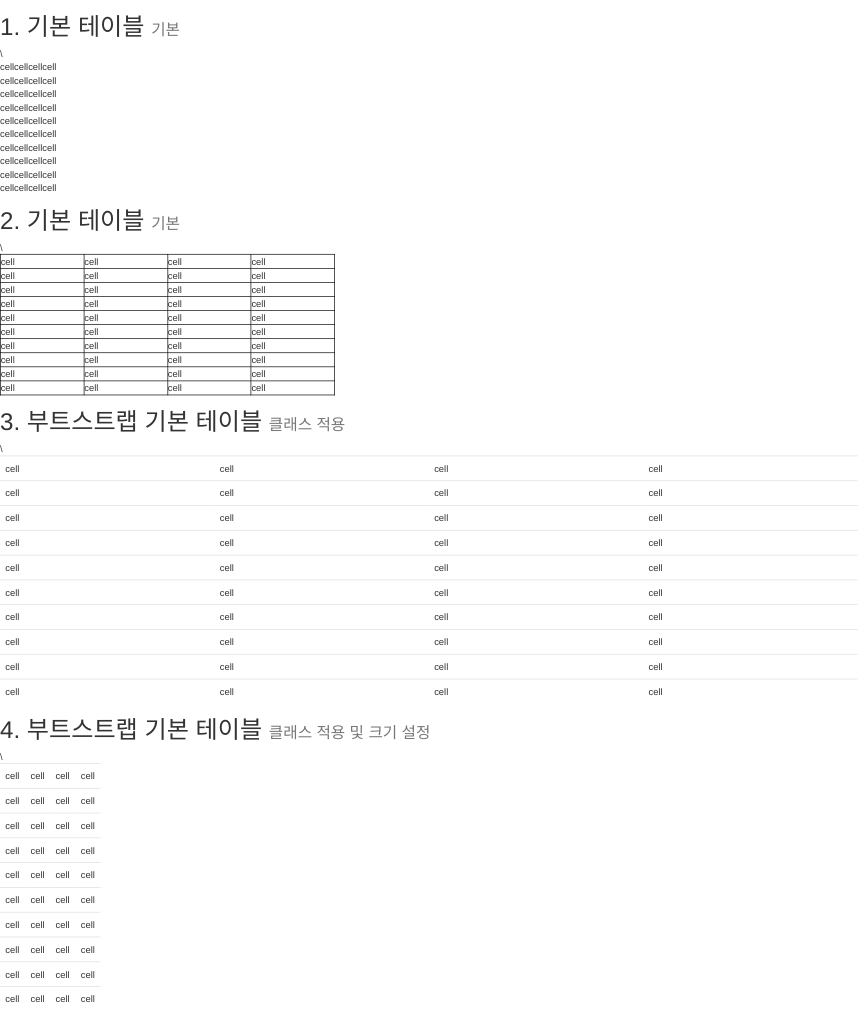
Repository: park-nahyun/BootstrapStudy
Page: BootstrapWork/WebContent/BootEx02.html
An editor plug-in stored every save of this project. The page is shown before and after the next save, followed by the edit.
The browser window is 1280 px wide. The pictures show the whole page, at 67% of full size.

Above is the page before, as saved 2021-07-01 03:35:49.

After the next save:
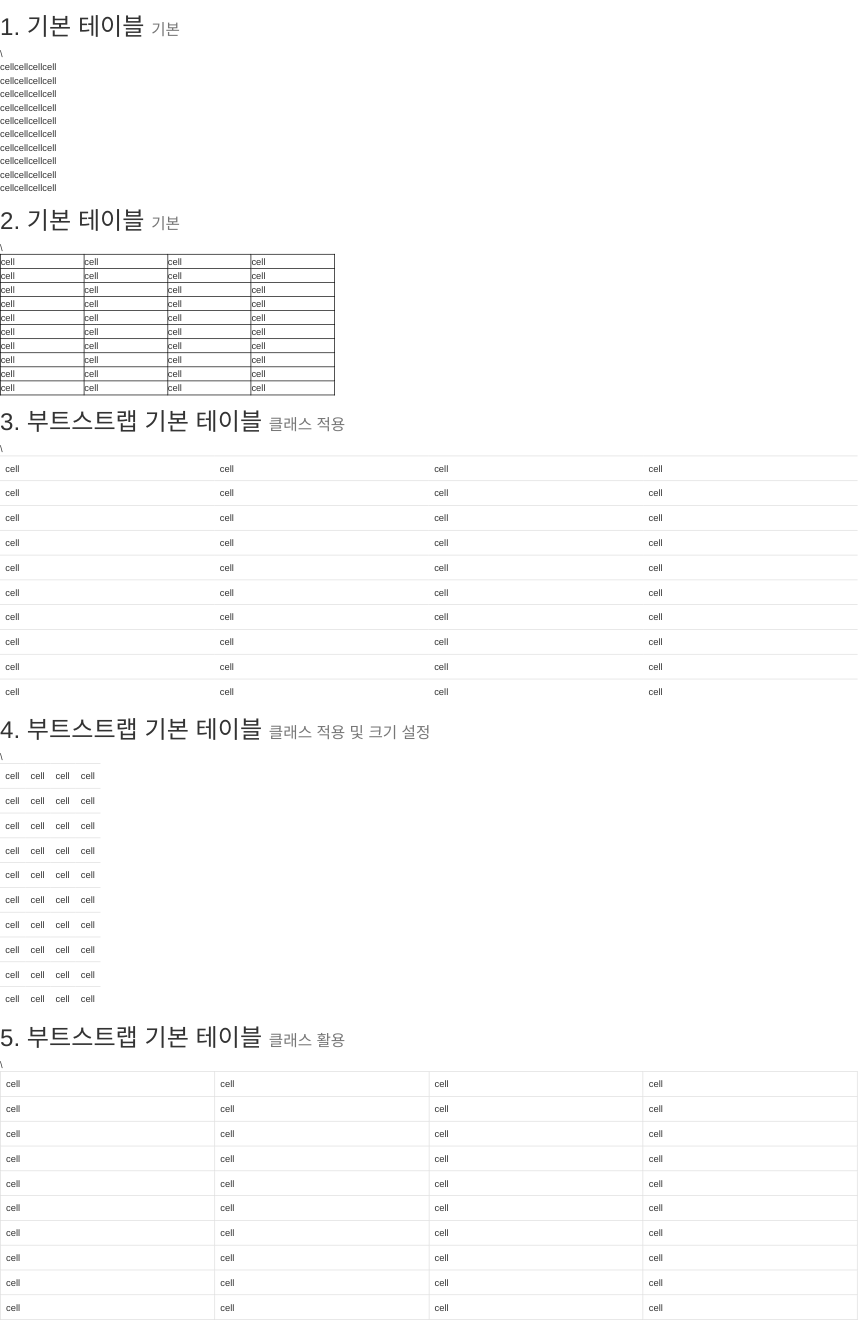
Saved 80 s later.
--- a/BootstrapWork/WebContent/BootEx02.html
+++ b/BootstrapWork/WebContent/BootEx02.html
@@ -289,5 +289,70 @@
 		<td>cell</td>
 	</tr>
 </table>
+
+<h1>5. 부트스트랩 기본 테이블 <small>클래스 활용</small></h1>\
+<!-- table>(tr>td{cell}*4)*10 -->
+<table class="table table-bordered">
+	<tr>
+		<td>cell</td>
+		<td>cell</td>
+		<td>cell</td>
+		<td>cell</td>
+	</tr>
+	<tr>
+		<td>cell</td>
+		<td>cell</td>
+		<td>cell</td>
+		<td>cell</td>
+	</tr>
+	<tr>
+		<td>cell</td>
+		<td>cell</td>
+		<td>cell</td>
+		<td>cell</td>
+	</tr>
+	<tr>
+		<td>cell</td>
+		<td>cell</td>
+		<td>cell</td>
+		<td>cell</td>
+	</tr>
+	<tr>
+		<td>cell</td>
+		<td>cell</td>
+		<td>cell</td>
+		<td>cell</td>
+	</tr>
+	<tr>
+		<td>cell</td>
+		<td>cell</td>
+		<td>cell</td>
+		<td>cell</td>
+	</tr>
+	<tr>
+		<td>cell</td>
+		<td>cell</td>
+		<td>cell</td>
+		<td>cell</td>
+	</tr>
+	<tr>
+		<td>cell</td>
+		<td>cell</td>
+		<td>cell</td>
+		<td>cell</td>
+	</tr>
+	<tr>
+		<td>cell</td>
+		<td>cell</td>
+		<td>cell</td>
+		<td>cell</td>
+	</tr>
+	<tr>
+		<td>cell</td>
+		<td>cell</td>
+		<td>cell</td>
+		<td>cell</td>
+	</tr>
+</table>
 </body>
 </html>
